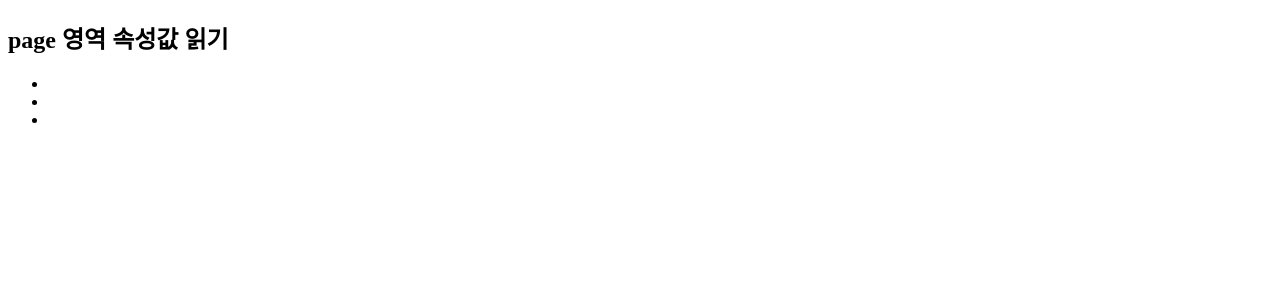
Repository: parkblacksheep/JSP-Servlet
Page: http://localhost/HelloJSP3/scope/pageContextScope.jsp
An editor plug-in stored every save of this project. The page is shown before and after the next save, followed by the edit.
The browser window is 1280 px wide. The pictures show the whole page.
The page is served by Tomcat 9.

Above is the page before, as saved 2024-07-26 01:30:40.

### HelloJSP3/src/main/webapp/scope/pageContextScope.jsp
<%@page import="kr.co.kosta.common.PersonDTO"%>
<%@ page language="java" contentType="text/html; charset=UTF-8"
    pageEncoding="UTF-8"%>
<%
	pageContext.setAttribute("pageInteger", 1000);
	pageContext.setAttribute("pageString","페이지 영역의 문자열");
	pageContext.setAttribute("pageDTO", new PersonDTO("이순신",20));

%>

<!DOCTYPE html>
<html>
<head>
<meta charset="UTF-8">
<title>Insert title here</title>
</head>
<body>
	<h2>page 영역 속성값 읽기</h2>
	<%
		int pInteger=(Integer)pageContext.getAttribute("pageInteger");
		String pString=pageContext.getAttribute("pageString").toString();
		PersonDTO pPerson =(PersonDTO)pageContext.getAttribute("pageDTO");
	%>
	<ul>
	<li></li>
	<li></li>
	<li></li>
	</ul>
</body>
</html>

### HelloJSP3/src/main/java/kr/co/kosta/common/PersonDTO.java
package kr.co.kosta.common;

public class PersonDTO {
	private String name;
	private int age;


	public PersonDTO(String name, int age) {
		super();
		this.name = name;
		this.age = age;
	}


	public String getName() {
		return name;
	}


	public void setName(String name) {
		this.name = name;
	}


	public int getAge() {
		return age;
	}


	public void setAge(int age) {
		this.age = age;
	}


	@Override
	public String toString() {
		return "PersonDTO [name=" + name + ", age=" + age + "]";
	}


}

After the next save:
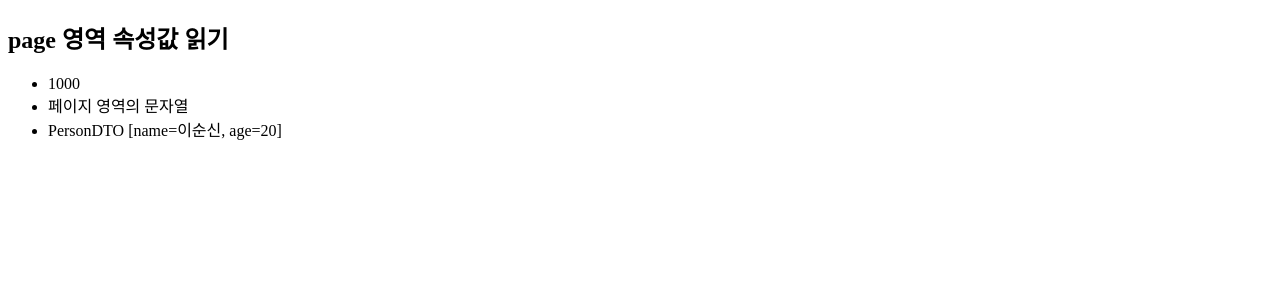
Saved 24 s later.
--- a/HelloJSP3/src/main/webapp/scope/pageContextScope.jsp
+++ b/HelloJSP3/src/main/webapp/scope/pageContextScope.jsp
@@ -22,9 +22,10 @@
 		PersonDTO pPerson =(PersonDTO)pageContext.getAttribute("pageDTO");
 	%>
 	<ul>
-	<li></li>
-	<li></li>
-	<li></li>
+		<li><%= pInteger %></li>
+		<li><%= pString %></li>
+		<li><%= pPerson %></li>
+
 	</ul>
 </body>
 </html>
